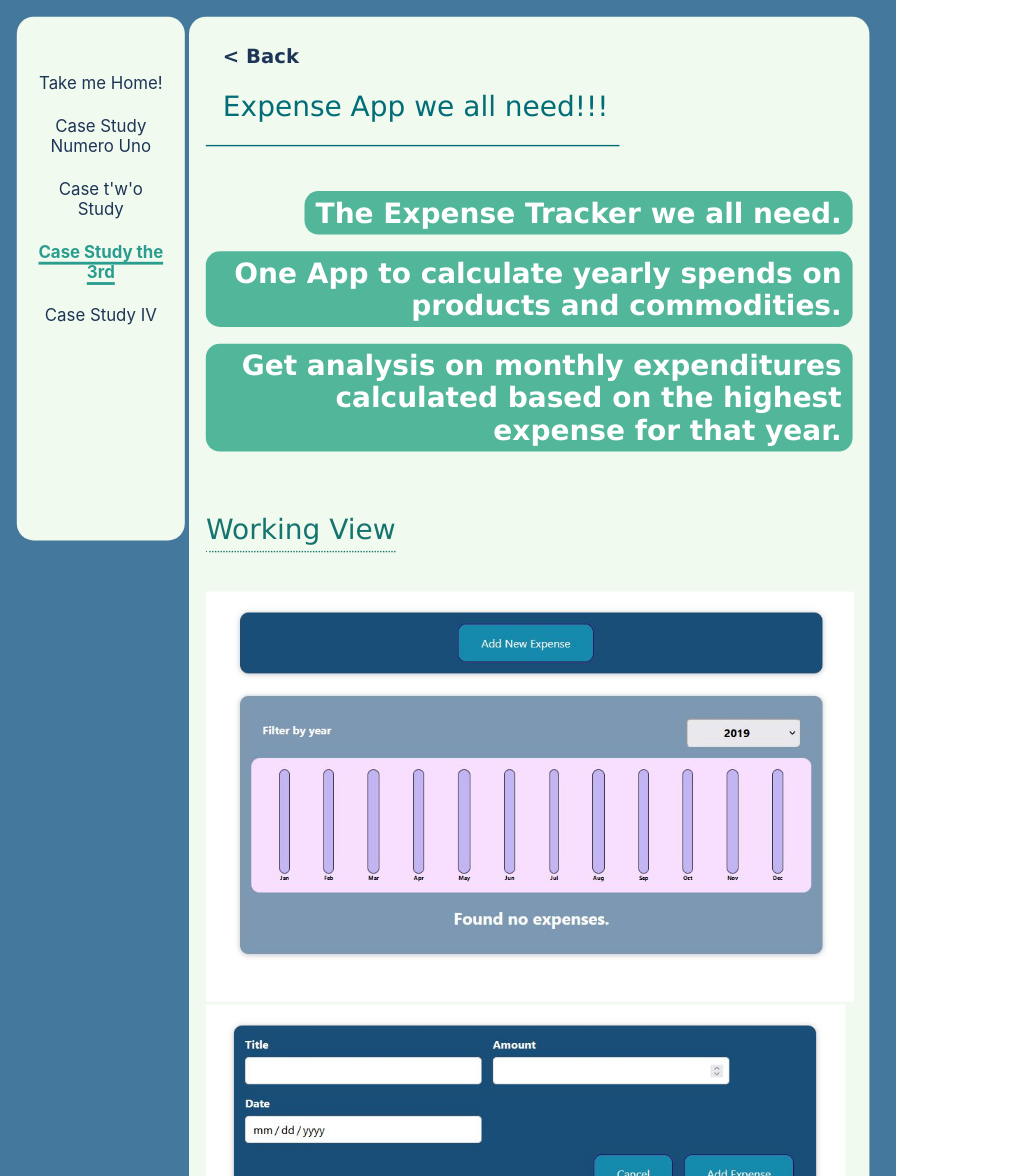
Repository: niranjangp/portfolioReact
Page: /cs-three
The author's editor kept a copy of each file at every save. The page is drawn from the files as they stood at one save, then again after the next save.
The browser window is 1280 px wide. The page is 1280 px wide, then 1449 px, so the pictures cover 1449 px, including what lies to the right of the window. The pictures show the part of the page from y = 0 to 1680 px (the page is 4555 px tall before and 4918 px after), at 70% of full size.
The project was rebuilt for these pictures with package versions that can differ from the ones it lists, and the page was loaded fresh each time. Also part of the build but not shown: src/pages/enterDesign.jsx, src/pages/csOne.jsx, src/pages/csTwo.jsx, src/pages/notFound.jsx.

Above is the page before, as saved 2022-02-01 18:48:48.

After the next save:
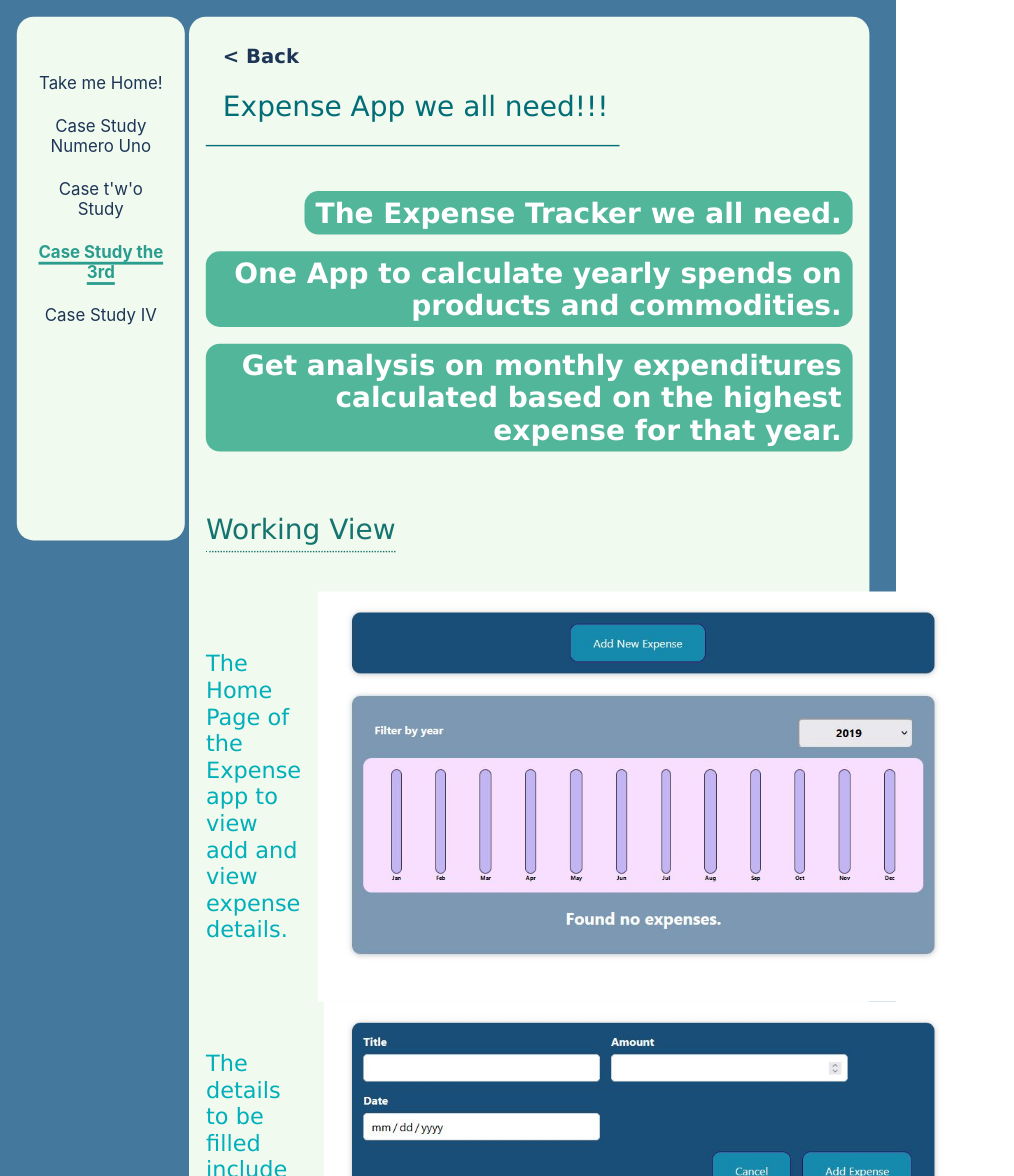
Saved 10 s later.
--- a/src/pages/csThree.jsx
+++ b/src/pages/csThree.jsx
@@ -19,10 +19,10 @@ const csThree = () => {
                 </div>
                 <div>
                     <div className="exp-header">Working View</div>
-                    <div><img src={ExpHome} alt="expense-home" /></div>
-                    <div><img src={AddExp} alt="add-expense" /></div>
-                    <div><img src={SingleExp} alt="single-exp" /></div>
-                    <div><img src={MultiExp} alt="multi-exp" /></div>
+                    <div className="flexExp"><div className="iconText">The Home Page of the Expense app to view add and view expense details.</div><img src={ExpHome} alt="expense-home" className="expIcon"/></div>
+                    <div className="flexExp"><div className="iconText">The details to be filled include the name of the expense, the amount and the date of the expense incurred.</div><img src={AddExp} alt="add-expense"  className="expIcon" /></div>
+                    <div className="flexExp"><div className="iconText">Screen when there is only one Expense entry for a particular month, capturing the when, how much and the monthly chart of the expenses captured.</div><img src={SingleExp} alt="single-exp" className="expIcon" /></div>
+                    <div className="flexExp"><div className="iconText">Screen when multiple expense items are entered with the highest amount in a particular month accounted as the highest in a year unless overwritten by any future expenses exceeding the previous highest amount. The subsequent monthly expense details captured are based on the highest month and fill the chart appropriately.</div><img src={MultiExp} alt="multi-exp" className="expIcon" /></div>
                 </div>
                 <div>
                     <p className="exp-para">The design is card and container based and darker hues are used for color schemes.</p>
